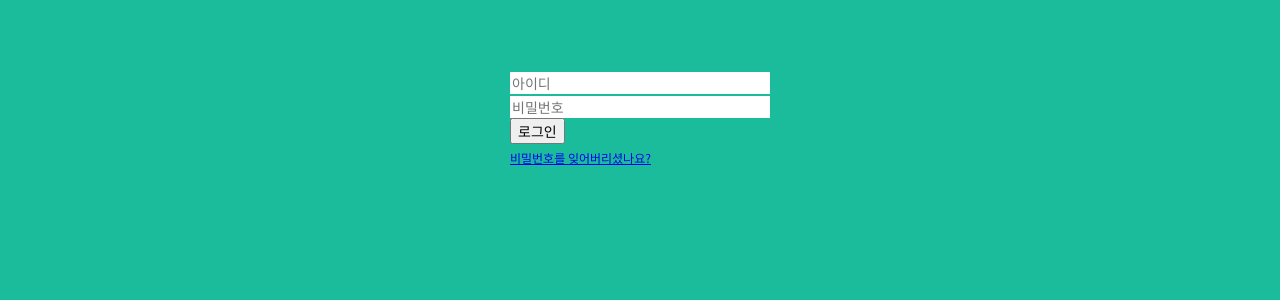
Repository: yesaroun/SS-final-project
Page: http://localhost/codeit-html/login-userlogin.jsp
The author's editor kept a copy of each file at every save. The page is drawn from the files as they stood at one save, then again after a run of saves.
The browser window is 1280 px wide. The pictures show the whole page.
The page is served by Tomcat 9.

Above is the page before, as saved 2022-05-26 13:28:56.

After the next 2 saves:
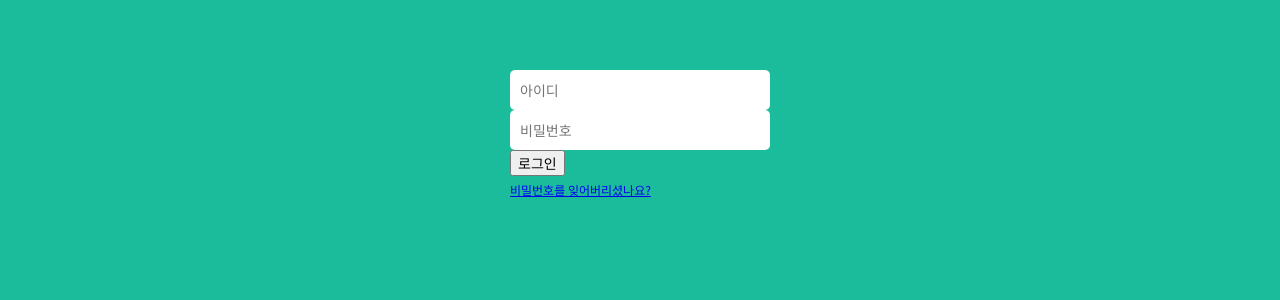
The 2 saves are shown as one change because they came seconds apart.
The last was saved 34 s later.
--- a/codeit-html/WebContent/css/userlogin.css
+++ b/codeit-html/WebContent/css/userlogin.css
@@ -27,6 +27,8 @@ body
   font-size: 14px;
   width: 100%;
   border: none;
+  border-radius: 5px;
+  padding: 10px;
 }
 
 .submit-btn {
